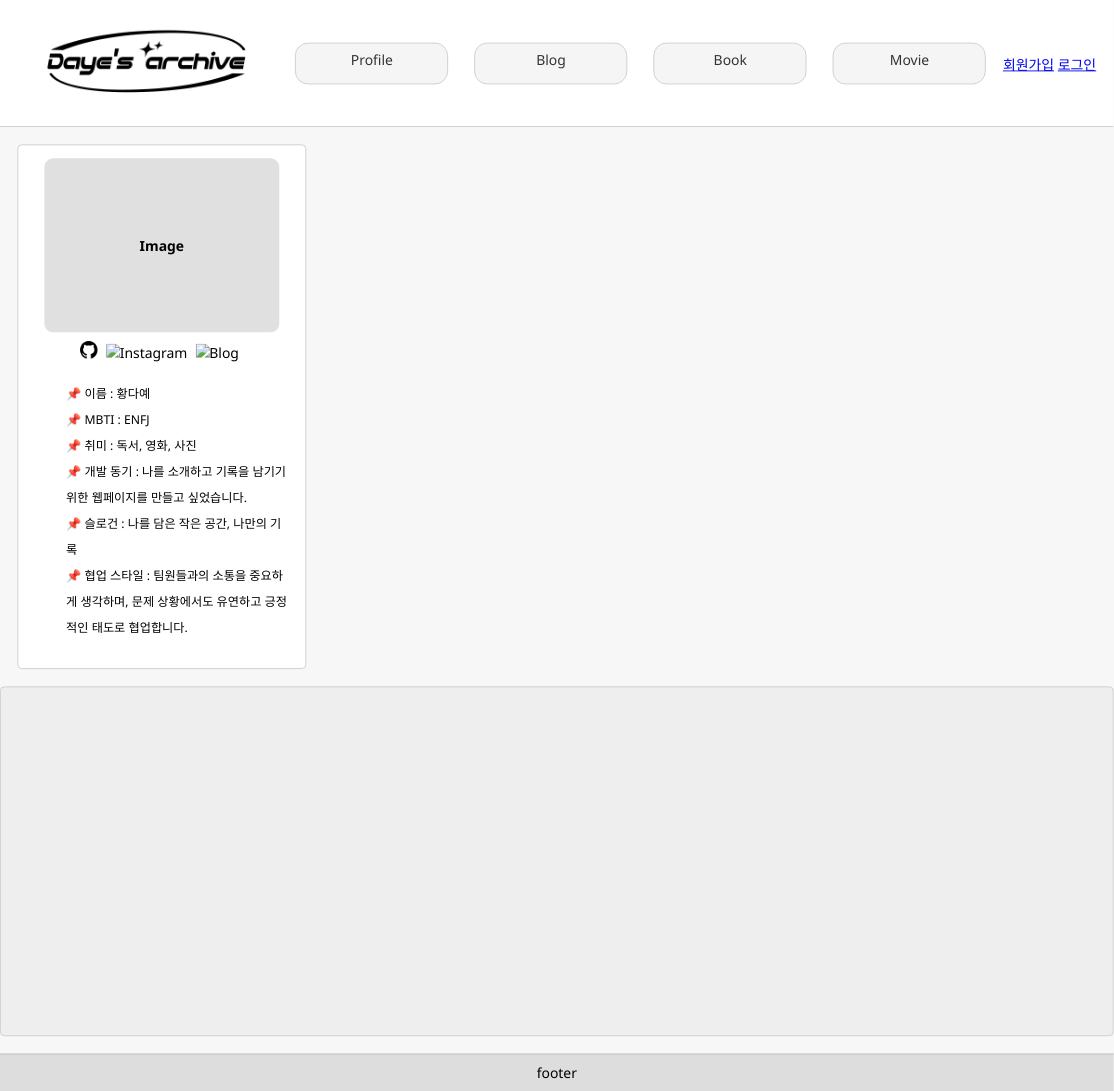
Repository: HWANG-DAYE/spring_project
Page: http://localhost/daye_archive/WEB-INF/views/main.jsp
These files come from the project's save history. The page is drawn as it stood at one moment and after the next save; the edit follows.
The browser window is 1280 px wide. The pictures show the whole page, at 87% of full size.
The page is served by Tomcat 9. Nobody is signed in. The template is opened directly, without the code that normally fills it, so the values that code supplies are empty.

Above is the page before, as saved 2025-08-06 08:06:27.
Not found: daye_archive/resources/images/blog.png
Not found: daye_archive/resources/images/insta.png

After the next save:
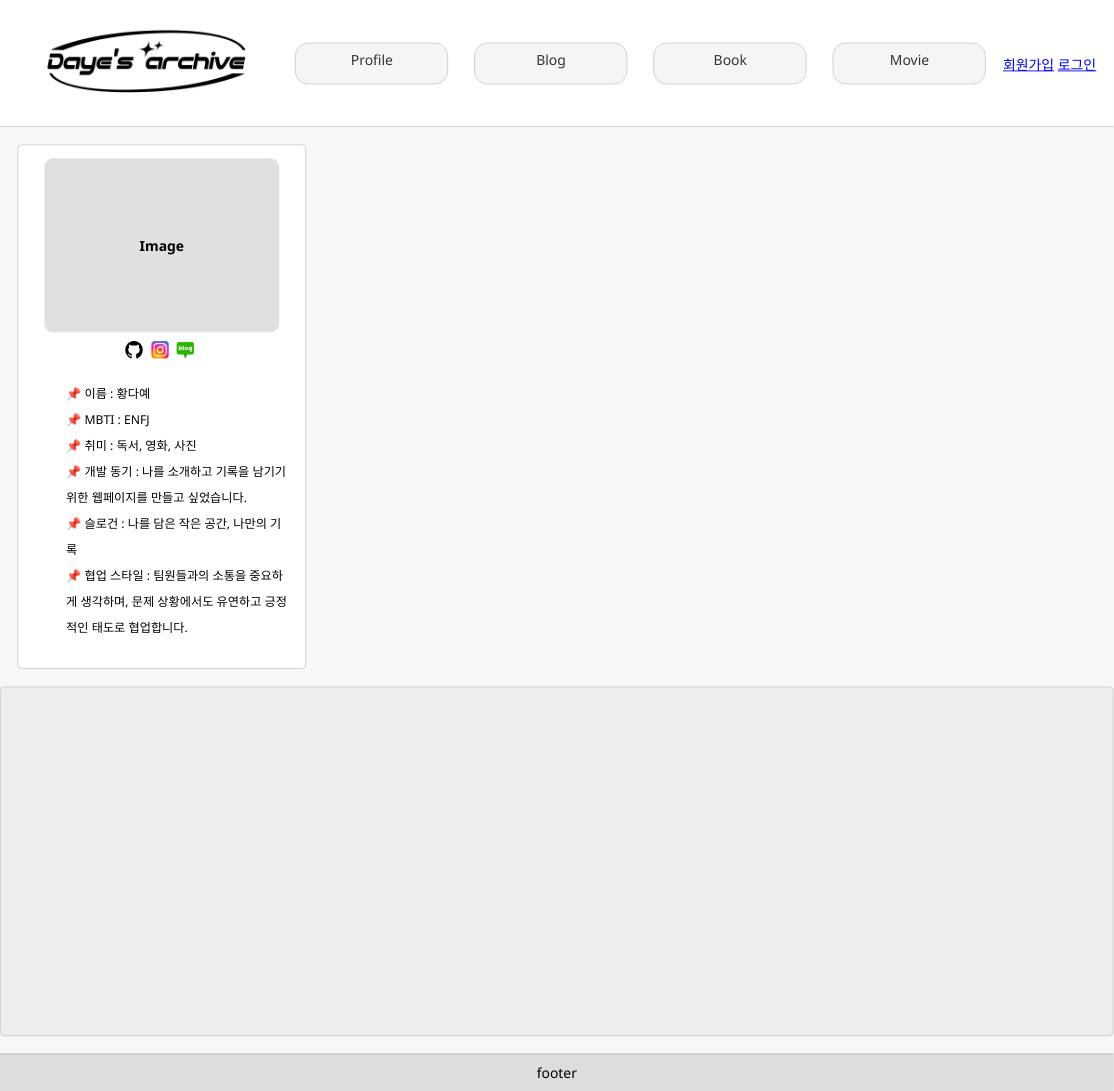
Saved 33 s later.
--- a/daye_archive/src/main/webapp/WEB-INF/views/main.jsp
+++ b/daye_archive/src/main/webapp/WEB-INF/views/main.jsp
@@ -99,8 +99,8 @@ footer {
 			<div class="image-box">Image</div>
 				<div class="sns">
 					<img src="<c:url value='/resources/images/git.png' />" alt="GitHub">
-					<img src="/resources/images/insta.png" alt="Instagram">
-					<img src="/resources/images/blog.png" alt="Blog">
+					<img src="<c:url value='/resources/images/insta.png' />" alt="Instagram">
+					<img src="<c:url value='/resources/images/blog.png' />" alt="Blog">
 				</div>
 				<ul>
 					<li>📌 이름 : 황다예</li>
